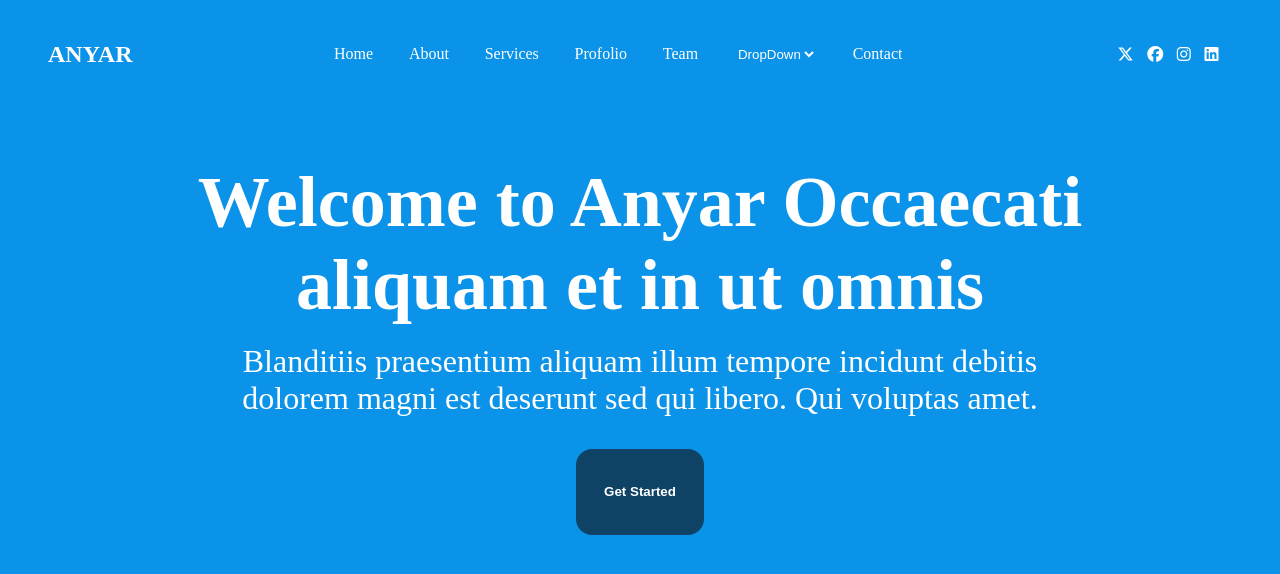
Repository: Sharathguru/web_Project
Page: home.html
An editor plug-in stored every save of this project. The page is shown before and after the next save, followed by the edit.
The browser window is 1280 px wide. The pictures show the whole page.

Above is the page before, as saved 2025-03-21 20:54:08.

### home.html
<!DOCTYPE html>
<html lang="en">
<head>
  <meta charset="UTF-8">
  <meta name="viewport" content="width=device-width, initial-scale=1.0">
  <link rel="stylesheet" href="https://cdnjs.cloudflare.com/ajax/libs/font-awesome/6.7.2/css/all.min.css" integrity="sha512-Evv84Mr4kqVGRNSgIGL/F/aIDqQb7xQ2vcrdIwxfjThSH8CSR7PBEakCr51Ck+w+/U6swU2Im1vVX0SVk9ABhg==" crossorigin="anonymous" referrerpolicy="no-referrer" />
  <link rel="stylesheet" href="home.css">
  <title>Document</title>
</head>
<body>
  <header>
    <nav id="nav-detail">
      <div id="nav-heading">
        <h2>ANYAR</h2>
      </div>
      <div id="nav-heading2">
          <a href="home.html">Home</a>
          <a href="About.html">About</a>
          <a href="Service.html">Services</a>
          <a href="#">Profolio</a>
          <a href="#">Team</a>
          <select>
            <option value="" class="drop1">DropDown</option>
            <option value="" class="drop1">value2</option>
            <option value="" class="drop1">value3</option>
          </select>
          <a href="home.html">Contact</a>
      </div>
      <div id="nav-heading3">
        <i class="fa-brands fa-x-twitter"></i>
        <i class="fa-brands fa-facebook"></i>
        <i class="fa-brands fa-instagram"></i>
        <i class="fa-brands fa-linkedin"></i>
        <i id="menu-bar" class="fa-solid fa-bars"></i>
      </div>
    </nav>

    <nav>
      <div id="nav-content">
        <h1>Welcome to Anyar Occaecati aliquam et in ut omnis</h1>
        <p>Blanditiis praesentium aliquam illum tempore incidunt debitis dolorem magni est deserunt sed qui libero. Qui voluptas amet.</p>
        <button>Get Started</button>
      </div>
    </nav>
  </header>

  <script>
    document.getElementById('menu-bar').addEventListener('click', function() {
      var navHeading2 = document.getElementById('nav-heading2');
      if (navHeading2.classList.contains('mobile-menu')) {
        navHeading2.classList.remove('mobile-menu');
      } else {
        navHeading2.classList.add('mobile-menu');
      }
    });
  </script>
</body>
</html>

### home.css
*{
    margin: 0;
    padding: 0;
    box-sizing: border-box;
}
header
{
    padding: 0 3rem 0 3rem;
    width: 100vw;
    height: 100vh;
    background-color: rgb(10, 147, 232);
}
#nav-detail
{
    width: 100%;
    height: 15vh;
    display: flex;
    justify-content: space-between;
    align-items: center;
    color: white;
}
#nav-heading2
{
    width: 50vw;
    display: flex;
    justify-content: space-evenly;
}
#nav-heading2>a
{
    text-decoration: none;
    color: white;
}
select{
    background-color: transparent;
    border: none;
    color: white;
}
#nav-heading3
{
    width: 10vw;
    display: flex;
    justify-content: space-evenly;
}
#nav-content
{
    height: 80vh;
    padding: 0 5rem;
    align-self: center;
    display: flex;
    flex-direction: column;
    align-items: center;
    text-align: center;
}
#nav-content>h1
{
    color: white;
    font-weight: 900;
    font-size: 4.5rem;
    margin: 3.3rem 0 1rem 0;
}
#nav-content>p
{
    padding:  0 4rem 0 4rem;
    color: white;
    font-size: 2rem;
}
#nav-content>button
{
    width: 10vw;
    height: 12vh;
    margin: 2rem 0 5rem 0;
    background-color: rgb(15, 67, 102);
    border: none;
    border-radius: 1rem;
    color: white;
    font-weight: 900;
    cursor: pointer;
}
#menu-bar
{
    display: none;
}

/* Media query for screen width between 359px and 740px */
@media (min-width: 359px) and (max-width: 740px) {
    header
    {
        height: 56vh;
    }
    #nav-heading
    {
        position: relative;
        right: 30px;

    }
    #nav-heading2 {
        display: none;
    }
    #nav-heading3
    {
        margin-left: 3rem;
        position: relative;
        left: 30px;
        width: 40vw;
        display: flex;
        justify-content: space-between;
    }
    #menu-bar {
        display: block;
        cursor: pointer;
    }
    #nav-heading2.mobile-menu {
        display: flex;
        flex-direction: column;
        position: absolute;
        top: 15vh;
        left: 0;
        width: 100%;
        background-color: rgb(10, 147, 232);
        padding: 1rem;
        box-shadow: 0 4px 8px rgba(0, 0, 0, 0.1);
    }
    #nav-heading2.mobile-menu a, #nav-heading2.mobile-menu select {
        margin: 0rem 0;
    }
    #nav-content
    {
        width: 100%;
        height: 100vh;
    }
    #nav-content>h1
    {
        width: 100vw;
        font-size: 1.7rem;
    }
    #nav-content>p
    {
        padding: 0 2rem 0 2rem;
        width: 100vw;
        font-size: 0.9rem;
        opacity: 0.8;
        /* text-align: justify; */
    }
    #nav-content>button
    {
        width: 100%;
        height: 5vh;
        font-size: 0.8rem;
        background-color: rgb(5, 104, 169);
    }
}

After the next save:
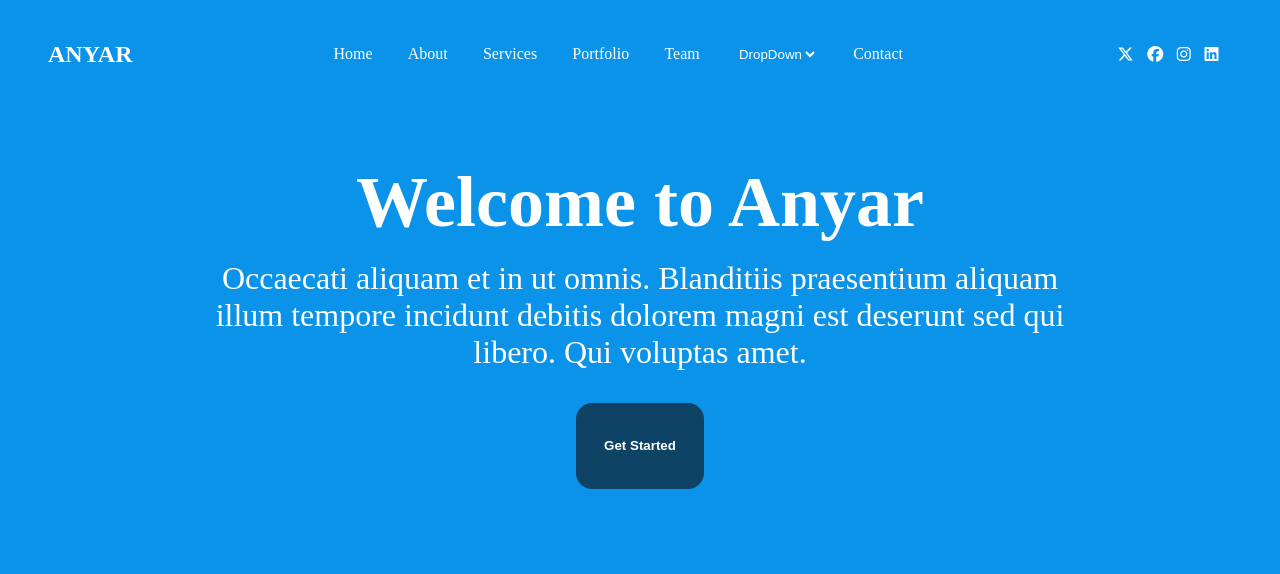
Saved 79 s later.
--- a/home.html
+++ b/home.html
@@ -5,7 +5,7 @@
   <meta name="viewport" content="width=device-width, initial-scale=1.0">
   <link rel="stylesheet" href="https://cdnjs.cloudflare.com/ajax/libs/font-awesome/6.7.2/css/all.min.css" integrity="sha512-Evv84Mr4kqVGRNSgIGL/F/aIDqQb7xQ2vcrdIwxfjThSH8CSR7PBEakCr51Ck+w+/U6swU2Im1vVX0SVk9ABhg==" crossorigin="anonymous" referrerpolicy="no-referrer" />
   <link rel="stylesheet" href="home.css">
-  <title>Document</title>
+  <title>Anyar | Home</title>
 </head>
 <body>
   <header>
@@ -14,17 +14,17 @@
         <h2>ANYAR</h2>
       </div>
       <div id="nav-heading2">
-          <a href="home.html">Home</a>
-          <a href="About.html">About</a>
-          <a href="Service.html">Services</a>
-          <a href="#">Profolio</a>
-          <a href="#">Team</a>
-          <select>
-            <option value="" class="drop1">DropDown</option>
-            <option value="" class="drop1">value2</option>
-            <option value="" class="drop1">value3</option>
-          </select>
-          <a href="home.html">Contact</a>
+        <a href="home.html">Home</a>
+        <a href="About.html">About</a>
+        <a href="Service.html">Services</a>
+        <a href="#">Portfolio</a>
+        <a href="#">Team</a>
+        <select>
+          <option class="drop1">DropDown</option>
+          <option class="drop1">Value 2</option>
+          <option class="drop1">Value 3</option>
+        </select>
+        <a href="contact.html">Contact</a>
       </div>
       <div id="nav-heading3">
         <i class="fa-brands fa-x-twitter"></i>
@@ -37,8 +37,8 @@
 
     <nav>
       <div id="nav-content">
-        <h1>Welcome to Anyar Occaecati aliquam et in ut omnis</h1>
-        <p>Blanditiis praesentium aliquam illum tempore incidunt debitis dolorem magni est deserunt sed qui libero. Qui voluptas amet.</p>
+        <h1>Welcome to Anyar</h1>
+        <p>Occaecati aliquam et in ut omnis. Blanditiis praesentium aliquam illum tempore incidunt debitis dolorem magni est deserunt sed qui libero. Qui voluptas amet.</p>
         <button>Get Started</button>
       </div>
     </nav>
@@ -46,12 +46,7 @@
 
   <script>
     document.getElementById('menu-bar').addEventListener('click', function() {
-      var navHeading2 = document.getElementById('nav-heading2');
-      if (navHeading2.classList.contains('mobile-menu')) {
-        navHeading2.classList.remove('mobile-menu');
-      } else {
-        navHeading2.classList.add('mobile-menu');
-      }
+      document.getElementById('nav-heading2').classList.toggle('mobile-menu');
     });
   </script>
 </body>
